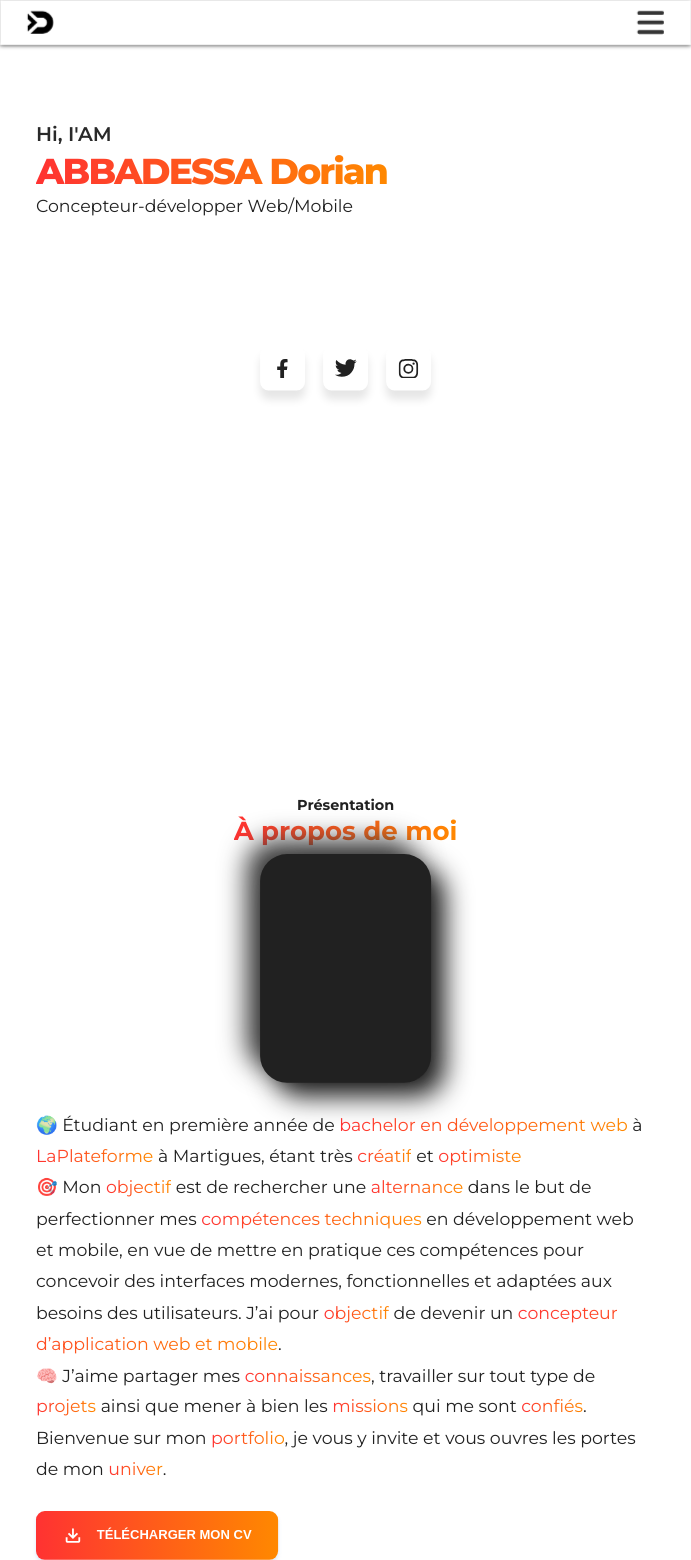
Repository: DorianABDS/Portfolio-ABBADESSA-Dorian
Page: index.html
These files come from the project's save history. The page is drawn as it stood at one moment and after the next save; the edit follows.
The browser window is 768 px wide. The pictures show the whole page, at 90% of full size.

Above is the page before, as saved 2024-11-27 20:23:17.

### index.html
<!DOCTYPE html>
<html lang="fr">
<head>
    <meta charset="UTF-8">
    <meta name="viewport" content="width=device-width, initial-scale=1.0">
    <meta charset="UTF-8">
    <meta name="viewport" content="width=device-width, initial-scale=1.0">
    <meta name="keywords" content="Portfolio, ABBADESSA Dorian, Web developper">
    <title>ABBADESSA Dorian - Portfolio</title>
    <link rel="shortcute icon" href="/src/img/Logo Div.png">
    <link rel="stylesheet" href="style.css">
</head>
<body>
    <header class="header">
        <nav class="navbar">
            <a href="index.html" class="logo"><img src="/src/img/Logo plat Div noir.png" alt=""></a>
            <div class="nav-links">
                <ul>
                    <li><a href="index.html">Accueil</a></li>
                    <li><a href="articles.html">Articles</a></li>
                    <li><a href="apropos.html">À propos</a></li>
                    <li><a href="contact.html">Contact</a></li>
                </ul>
            </div>
            <img src="/src/img/bars-solid.svg" alt="menu hamburger" class="menu-hamburger">
        </nav>
        <!-- <div class="social">
            <a href="#" title="Facebook"><img src="/src/img/icone Github.png" alt=""></a>
            <a href="#" title="Twitter"><img src="src/img/icone Linkedin.png" alt=""></a>
        </div> -->
    </header>
    <main>
        <section class="accueil">
            <div class="container-accueil">
                <h2>Hi, I'AM</h2>
                <h1><span>ABBADESSA Dorian</span></h1>
                <p>Concepteur-développer Web/Mobile</p>
                <div class="social">
                    <ul class="wrapper">
                        <li class="icon facebook">
                          <span class="tooltip">Facebook</span>
                          <svg
                            viewBox="0 0 320 512"
                            height="1.2em"
                            fill="currentColor"
                            xmlns="http://www.w3.org/2000/svg"
                          >
                            <path
                              d="M279.14 288l14.22-92.66h-88.91v-60.13c0-25.35 12.42-50.06 52.24-50.06h40.42V6.26S260.43 0 225.36 0c-73.22 0-121.08 44.38-121.08 124.72v70.62H22.89V288h81.39v224h100.17V288z"
                            ></path>
                          </svg>
                        </li>
                        <li class="icon twitter">
                          <span class="tooltip">Twitter</span>
                          <svg
                            height="1.8em"
                            fill="currentColor"
                            viewBox="0 0 48 48"
                            xmlns="http://www.w3.org/2000/svg"
                            class="twitter"
                          >
                            <path
                              d="M42,12.429c-1.323,0.586-2.746,0.977-4.247,1.162c1.526-0.906,2.7-2.351,3.251-4.058c-1.428,0.837-3.01,1.452-4.693,1.776C34.967,9.884,33.05,9,30.926,9c-4.08,0-7.387,3.278-7.387,7.32c0,0.572,0.067,1.129,0.193,1.67c-6.138-0.308-11.582-3.226-15.224-7.654c-0.64,1.082-1,2.349-1,3.686c0,2.541,1.301,4.778,3.285,6.096c-1.211-0.037-2.351-0.374-3.349-0.914c0,0.022,0,0.055,0,0.086c0,3.551,2.547,6.508,5.923,7.181c-0.617,0.169-1.269,0.263-1.941,0.263c-0.477,0-0.942-0.054-1.392-0.135c0.94,2.902,3.667,5.023,6.898,5.086c-2.528,1.96-5.712,3.134-9.174,3.134c-0.598,0-1.183-0.034-1.761-0.104C9.268,36.786,13.152,38,17.321,38c13.585,0,21.017-11.156,21.017-20.834c0-0.317-0.01-0.633-0.025-0.945C39.763,15.197,41.013,13.905,42,12.429"
                            ></path>
                          </svg>
                        </li>
                        <li class="icon instagram">
                          <span class="tooltip">Instagram</span>
                          <svg
                            xmlns="http://www.w3.org/2000/svg"
                            height="1.2em"
                            fill="currentColor"
                            class="bi bi-instagram"
                            viewBox="0 0 16 16"
                          >
                            <path
                              d="M8 0C5.829 0 5.556.01 4.703.048 3.85.088 3.269.222 2.76.42a3.917 3.917 0 0 0-1.417.923A3.927 3.927 0 0 0 .42 2.76C.222 3.268.087 3.85.048 4.7.01 5.555 0 5.827 0 8.001c0 2.172.01 2.444.048 3.297.04.852.174 1.433.372 1.942.205.526.478.972.923 1.417.444.445.89.719 1.416.923.51.198 1.09.333 1.942.372C5.555 15.99 5.827 16 8 16s2.444-.01 3.298-.048c.851-.04 1.434-.174 1.943-.372a3.916 3.916 0 0 0 1.416-.923c.445-.445.718-.891.923-1.417.197-.509.332-1.09.372-1.942C15.99 10.445 16 10.173 16 8s-.01-2.445-.048-3.299c-.04-.851-.175-1.433-.372-1.941a3.926 3.926 0 0 0-.923-1.417A3.911 3.911 0 0 0 13.24.42c-.51-.198-1.092-.333-1.943-.372C10.443.01 10.172 0 7.998 0h.003zm-.717 1.442h.718c2.136 0 2.389.007 3.232.046.78.035 1.204.166 1.486.275.373.145.64.319.92.599.28.28.453.546.598.92.11.281.24.705.275 1.485.039.843.047 1.096.047 3.231s-.008 2.389-.047 3.232c-.035.78-.166 1.203-.275 1.485a2.47 2.47 0 0 1-.599.919c-.28.28-.546.453-.92.598-.28.11-.704.24-1.485.276-.843.038-1.096.047-3.232.047s-2.39-.009-3.233-.047c-.78-.036-1.203-.166-1.485-.276a2.478 2.478 0 0 1-.92-.598 2.48 2.48 0 0 1-.6-.92c-.109-.281-.24-.705-.275-1.485-.038-.843-.046-1.096-.046-3.233 0-2.136.008-2.388.046-3.231.036-.78.166-1.204.276-1.486.145-.373.319-.64.599-.92.28-.28.546-.453.92-.598.282-.11.705-.24 1.485-.276.738-.034 1.024-.044 2.515-.045v.002zm4.988 1.328a.96.96 0 1 0 0 1.92.96.96 0 0 0 0-1.92zm-4.27 1.122a4.109 4.109 0 1 0 0 8.217 4.109 4.109 0 0 0 0-8.217zm0 1.441a2.667 2.667 0 1 1 0 5.334 2.667 2.667 0 0 1 0-5.334z"
                            ></path>
                          </svg>
                        </li>
                      </ul>
                </div>
        </section>
        <section class="about-me">
            <div class="container-about-me">
                <h2>Présentation</h2>
                <h1><span>À propos de moi</span></h1>
            </div>
            <div class="card"></div>
            <div class="texte-about-me"><p>🌍 Étudiant en première année de <span>bachelor en développement web</span> à <span>LaPlateforme</span> à Martigues, étant très <span>créatif</span> et <span>optimiste</span>
              <br>
              🎯 Mon <span>objectif</span> est de rechercher une <span>alternance</span> dans le but de perfectionner mes <span>compétences techniques</span> en développement web et mobile, en vue de mettre en pratique ces compétences pour  concevoir des interfaces modernes, fonctionnelles et adaptées aux besoins des utilisateurs. J’ai pour <span>objectif</span> de devenir un <span>concepteur d’application web et mobile</span>.
              <br>
              🧠 J’aime partager mes <span>connaissances</span>, travailler sur tout type de <span>projets</span> ainsi que mener à bien les <span>missions</span> qui me sont <span>confiés</span>.
              <br>
              Bienvenue sur mon <span>portfolio</span>, je vous y invite et vous ouvres les portes de mon <span>univer</span>.
              </p></div>
        </section>
        <button>
            <svg
                width="24"
                height="24"
                viewBox="0 0 24 24"
                fill="none"
                xmlns="http://www.w3.org/2000/svg"
                >
                <path
                    d="M11 5C11 4.44772 11.4477 4 12 4C12.5523 4 13 4.44772 13 5V12.1578L16.2428 8.91501L17.657 10.3292L12.0001 15.9861L6.34326 10.3292L7.75748 8.91501L11 12.1575V5Z"
                    fill="currentColor"
                />
                <path
                    d="M4 14H6V18H18V14H20V18C20 19.1046 19.1046 20 18 20H6C4.89543 20 4 19.1046 4 18V14Z"
                    fill="currentColor"
                />
                </svg>
            télécharger mon cv
          </button>
    </div>
    </main>
</body>
<script>
    const menuHamburger = document.querySelector(".menu-hamburger")
    const navLinks = document.querySelector(".nav-links")

    menuHamburger.addEventListener('click',()=>{
    navLinks.classList.toggle('mobile-menu')
    })
</script>
</html>

### style.css
@font-face {
    font-family: "Montserrat";
    src: url(/src/font/Montserrat-VariableFont_wght.ttf);
}

* {
    margin: 0;
    padding: 0;
    text-decoration: none;
    list-style: none;
    box-sizing: border-box;

}

html, body {
    font-size: 19.3px;
    color: rgba(0, 0, 0, .87);
    background-color: #fff;
    font-family: "Montserrat", sans-serif;
    line-height: 1.8;
    font-weight: 400;
}

.navbar {
    background: rgb(255, 255, 255);
    box-shadow: 0 0 5px rgb(0, 0, 0);;
    top: 0;
    left: 0;
    height: 50px;
    width: auto;
    position: fixed;
    padding-left: 30px;
    padding-right: 61px;
    width: 100%;
    display: flex;
    justify-content: space-between;
    align-items: center;
    z-index: 100;
}

.navbar a {
    color: #292929;
    font-weight: 700;
    display: inline;
}

.navbar .nav-links ul li a::after {
    content: "";
    display: block;
    height: 2px;
    background: rgb(255, 255, 255);
    transform: scale(0);
    transition: transform 0.2s ease-in-out;
}

.navbar .nav-links ul li a:hover::after {
    transform: scale(1);
}

.navbar .logo {
    transform: none;
    font-weight: 700;
}

.navbar .nav-links ul {
    display: flex;
    align-items: center;
}

.navbar .nav-links ul li {
    display: flex;
    margin: 0 25px;
}

.navbar .nav-links ul li img {
    display: flex;
    padding: -20px;
    margin-left: -23px;
}

.navbar .menu-hamburger {
    display: none;
    position: absolute;
    top: 8px;
    right: 30px;
    width: 30px;
}

.accueil {
    padding-top: 80px;
    margin-top: 50px;
    width: 100%;
    height: 100vh;
}

button {
    border: none;
    display: flex;
    margin-right: 20px;
    padding: 0.75rem 1.5rem;
    background: linear-gradient(90deg, rgba(255,50,50,1) 0%, rgba(255,136,0,1) 100%);
    color: #ffffff;
    font-size: 0.75rem;
    line-height: 1rem;
    font-weight: 700;
    text-align: center;
    cursor: pointer;
    text-transform: uppercase;
    vertical-align: middle;
    align-items: center;
    border-radius: 0.5rem;
    user-select: none;
    gap: 0.75rem;
    box-shadow:
      0 4px 6px -1px #488aec31,
      0 2px 4px -1px #488aec17;
    transition: all 0.6s ease;
  }

  button:hover {
    box-shadow:
      0 10px 15px -3px #488aec4f,
      0 4px 6px -2px #488aec17;
  }

  button:focus,
  button:active {
    opacity: 0.85;
    box-shadow: none;
  }

  button svg {
    width: 1.25rem;
    height: 1.25rem;
  }

.about-me {
    display: flex;
    justify-content: center;
    text-align: center;
  }

  .wrapper {
    display: inline-flex;
    list-style: none;
    width: 100%;
    padding-top: 40px;
    font-family: "Montserrat", sans-serif;
    justify-content: center;
  }

  .wrapper .icon {
    position: relative;
    background: #fff;
    border-radius: 0.5rem;
    margin: 10px;
    width: 50px;
    height: 50px;
    font-size: 18px;
    display: flex;
    justify-content: center;
    align-items: center;
    flex-direction: column;
    box-shadow: 0 10px 10px rgba(0, 0, 0, 0.1);
    cursor: pointer;
    transition: all 0.2s cubic-bezier(0.68, -0.55, 0.265, 1.55);
  }

  .wrapper .tooltip {
    position: absolute;
    top: 0;
    font-size: 14px;
    background: #fff;
    color: #fff;
    padding: 5px 8px;
    border-radius: 5px;
    box-shadow: 0 10px 10px rgba(0, 0, 0, 0.1);
    opacity: 0;
  }

  .wrapper .facebook:hover,
  .wrapper .facebook:hover .tooltip,
  .wrapper .facebook:hover .tooltip::before {
    background: #1877f2;
    color: #fff;
  }

  .wrapper .twitter:hover,
  .wrapper .twitter:hover .tooltip,
  .wrapper .twitter:hover .tooltip::before {
    background: #1da1f2;
    color: #fff;
  }

  .wrapper .instagram:hover,
  .wrapper .instagram:hover .tooltip,
  .wrapper .instagram:hover .tooltip::before {
    background: #e4405f;
    color: #fff;
  }

@media  screen and (max-width: 814px) {
    html, body {
        padding: 0 20px;
    }

    .navbar .menu-hamburger {
        display: block;
    }

    .nav-links.mobile-menu {
        margin-left: 0;
    }

    .navbar {
        padding: 0;
    }

    .navbar .logo {
        padding-left: 20px;
    }

    .navbar .logo img {
        display: flex;
        align-items: center;
        width: 50px;
    }

    .nav-links {
        position: absolute;
        background-color: #ffffff90;
        backdrop-filter: blur(8px);
        top: 0;
        left: 0;
        width: 100%;
        height: 100vh;
        display: flex;
        justify-content: center;
        align-items: center;
        margin-left: 100%;
        transition: all 0.5s ease;
    }

    .nav-links ul {
        display: flex;
        flex-direction: column;
        align-items: center;
    }

    .navbar .nav-links ul li {
        margin: 15px 0;
        font-size: 1.2em;
    }

    .accueil {
        height: 100%;
    }

    .accueil h2 {
        font-size: 22px;
        font-weight: 600;
        color: #292929;
    }

    .accueil h1 {
        display: inline-block;
        line-height: 100%;
        font-size: 40px;
        letter-spacing: -2px;
        font-weight: 800;
        background: linear-gradient(90deg, rgba(255,50,50,1) 0%, rgba(255,136,0,1) 100%);
        -webkit-background-clip: text;
        -webkit-text-fill-color: transparent;
    }

    .accueil p {
        height: 80px;
        line-height: 150%;
        margin-bottom: 80px;
    }

    .social {
        display: flex;
        justify-content: center;
    }

    .social a {
        display: flex;
        justify-content: center;
        margin: 0 10px;
        width: 30px;
    }

    .container-about-me h1 {
        font-size: 12;
        background: linear-gradient(90deg, rgba(255,50,50,1) 0%, rgba(255,136,0,1) 100%);
        -webkit-background-clip: text;
        -webkit-text-fill-color: transparent;
    }

    .container-about-me h2 {
        line-height: 5px;
        font-size: 16px;
    }

    .about-me {
        height: 100%;
        display: flex;
        align-items: center;
        flex-direction: column;
        padding-top: 65%;
    }

    .card {
        width: 190px;
        height: 254px;
        border-radius: 30px;
        background: #212121;
        box-shadow: 15px 15px 30px rgb(25, 25, 25),
                    -15px -15px 30px rgb(60, 60, 60);
       }



    .about-me p {
        margin-top: 30px;
        text-align: start;

    }

    .about-me p span {
        margin-top: 30px;
        background: linear-gradient(90deg, rgba(255,50,50,1) 0%, rgba(255,136,0,1) 100%);
        -webkit-background-clip: text;
        -webkit-text-fill-color: transparent;
    }

    .wrapper {
        padding-top: 0;
    }

    button {
        margin-top: 30px;
    }
}

### src/img/bars-solid.svg
<svg xmlns="http://www.w3.org/2000/svg" viewBox="0 0 448 512" fill="#353535"><!--!Font Awesome Free 6.7.0 by @fontawesome - https://fontawesome.com License - https://fontawesome.com/license/free Copyright 2024 Fonticons, Inc.--><path d="M0 96C0 78.3 14.3 64 32 64l384 0c17.7 0 32 14.3 32 32s-14.3 32-32 32L32 128C14.3 128 0 113.7 0 96zM0 256c0-17.7 14.3-32 32-32l384 0c17.7 0 32 14.3 32 32s-14.3 32-32 32L32 288c-17.7 0-32-14.3-32-32zM448 416c0 17.7-14.3 32-32 32L32 448c-17.7 0-32-14.3-32-32s14.3-32 32-32l384 0c17.7 0 32 14.3 32 32z"/></svg>

After the next save:
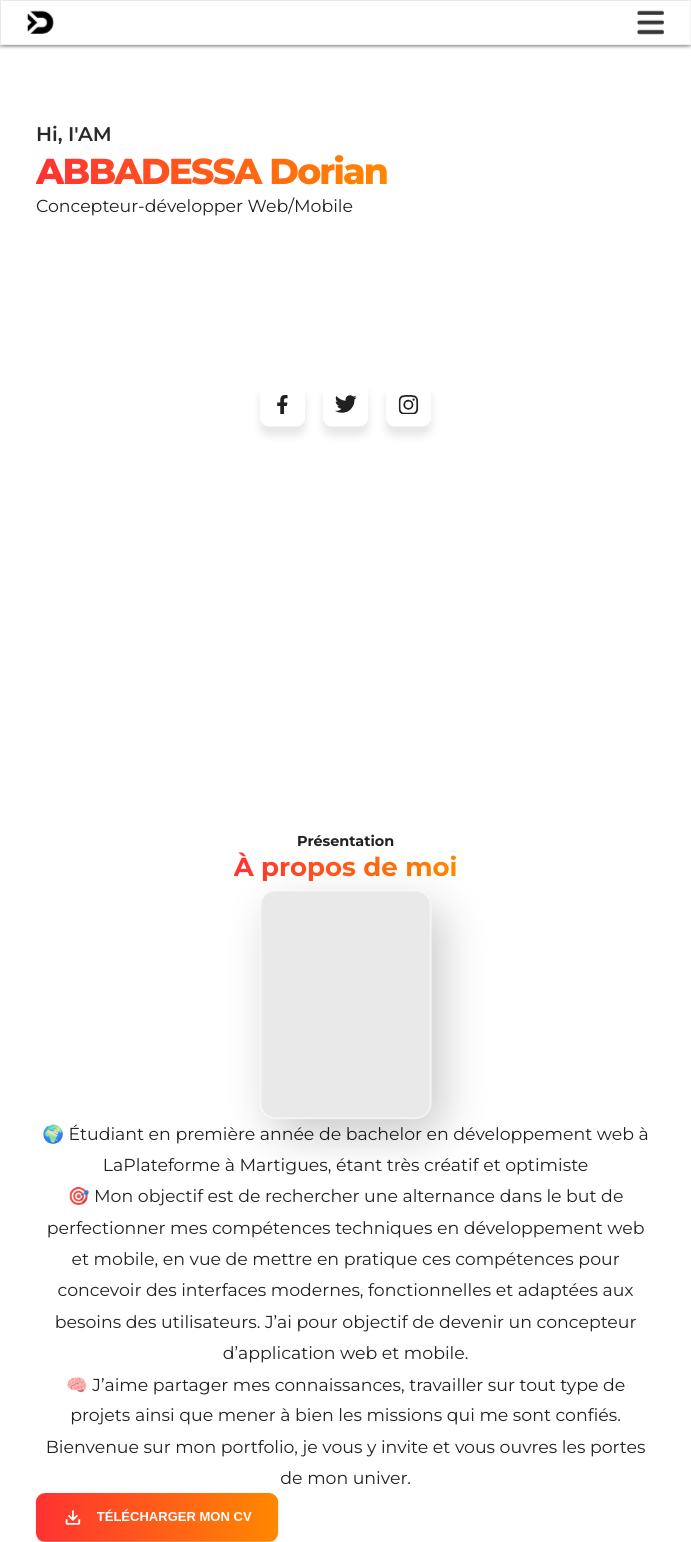
Saved 43 s later.
--- a/style.css
+++ b/style.css
@@ -312,13 +312,23 @@ button {
     }
 
     .card {
+        box-sizing: border-box;
         width: 190px;
         height: 254px;
-        border-radius: 30px;
-        background: #212121;
-        box-shadow: 15px 15px 30px rgb(25, 25, 25),
-                    -15px -15px 30px rgb(60, 60, 60);
-       }
+        background: rgba(217, 217, 217, 0.58);
+        border: 1px solid white;
+        box-shadow: 12px 17px 51px rgba(0, 0, 0, 0.22);
+        backdrop-filter: blur(6px);
+        border-radius: 17px;
+        text-align: center;
+        cursor: pointer;
+        transition: all 0.5s;
+        display: flex;
+        align-items: center;
+        justify-content: center;
+        user-select: none;
+        font-weight: bolder;
+        color: black;
 
 
 
